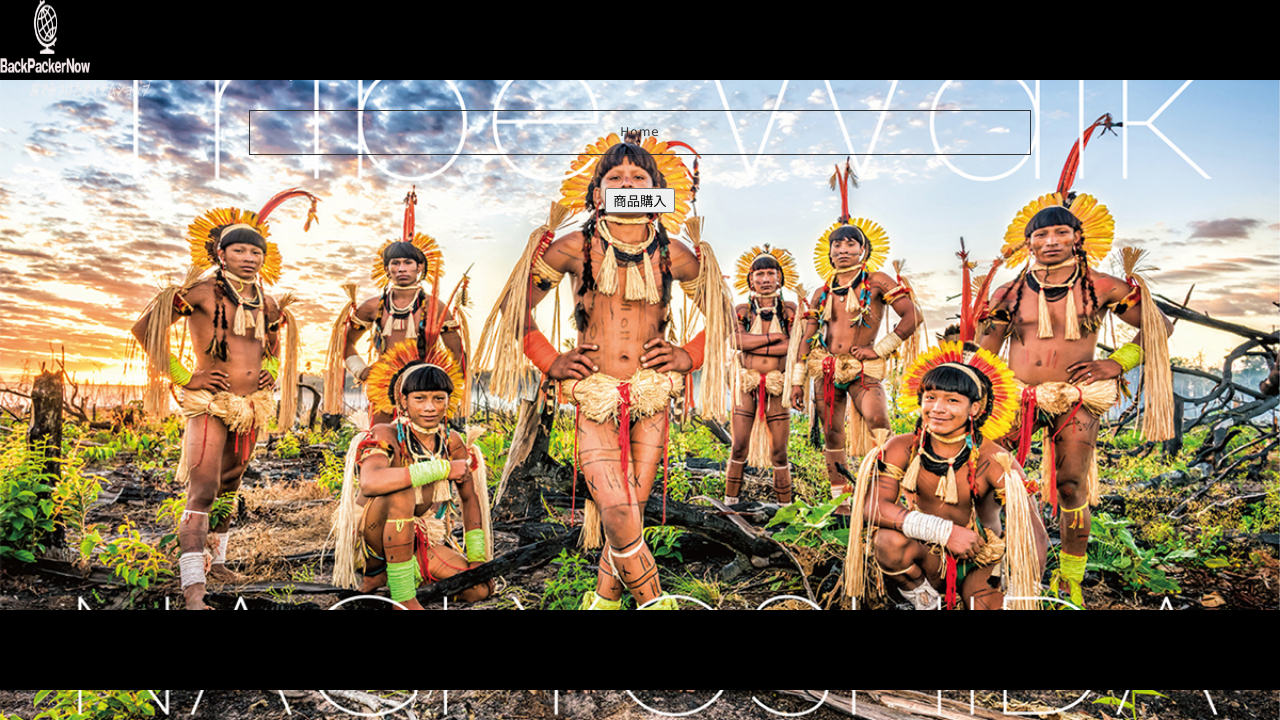
Repository: yanaiwataru/test
Page: http://localhost/ecsite/
These files come from the project's save history. The page is drawn as it stood at one moment and after the next save; the edit follows.
The browser window is 1280 px wide. The pictures show the whole page.
The page is served by Tomcat 9. Other server files are loaded and not shown.

Above is the page before, as saved 2018-03-12 06:07:42.

### ecsite/WebContent/home.jsp
<%@ page language="java" contentType="text/html; charset=UTF-8"

pageEncoding="UTF-8"%>

<%@ taglib prefix="s" uri="/struts-tags"%>
<!DOCTYPE html>
<html>
<head>

<meta http-equiv="Content-Type" content="text/html; charset=utf-8" />
<meta http-equiv="Content-Style-Type" content="text/css" />
<meta http-equiv="Content-Script-Type" content="text/javascript" />
<meta http-equiv="imagetoolbar" content="no" />
<meta name="description" content="" />
<meta name="keywords" content="" />
<link rel="stylesheet"type="text/css" href="css/ecsite.css">
<title>Home画面</title>
<style type="text/css">
.logo{
height: 100px;
width: 150px
}


</style>

</head>
<body>

<div id="header">

<div id="pr">

<img class="logo" src="./image/logo.png">
</div>

</div>
<div id="main">

<div id="top">
<p>Home</p>

</div>
<div id=”text-center”>

<s:form action="HomeAction">

<s:submit id="button" value="商品購入"/>

</s:form>
<s:if test="#session.id != null">

<p>ログアウトする場合は

<a href='<s:url action="LogoutAction" />'>こちら</a></p>

</s:if>

</div>

</div>
<div id="footer">

<div id="pr">
</div>

</div>

</body>
</html>

### ecsite/WebContent/css/ecsite.css
@CHARSET "UTF-8";



body {
margin:0;
padding:0;
line-height:1.6;
letter-spacing:1px;
font-family:Verdana, Helvetica, sans-serif;
font-size:12px;
color:#333;
background:#fff;
background-image: url("../image/0119_omote.jpg");

background-size:auto;


  /* 画像を常に天地左右の中央に配置 */
  background-position: center center;

  /* 画像をタイル状に繰り返し表示しない */
  background-repeat: no-repeat;

  /* コンテンツの高さが画像の高さより大きい時、動かないように固定 */
  background-attachment: fixed;

  /* 表示するコンテナの大きさに基づいて、背景画像を調整 */
  background-size: cover;

  /* 背景画像が読み込まれる前に表示される背景のカラー */
  background-color: #464646;


}

table {
text-align:center;
margin:0 auto;
}
/* ========ecsite LAYOUT======== */
#top {
width:780px;
margin:30px auto;
border:1px solid #333;
}

#header {
width: 100%;
height: 80px;
background-color: black;
}
#main {
width: 100%;
height: 500px;
text-align: center;
}
#footer {
width: 100%;
height: 80px;
background-color: black;
clear:both;
}
#text-center {
display: inline-block;
text-align: center;

}

After the next save:
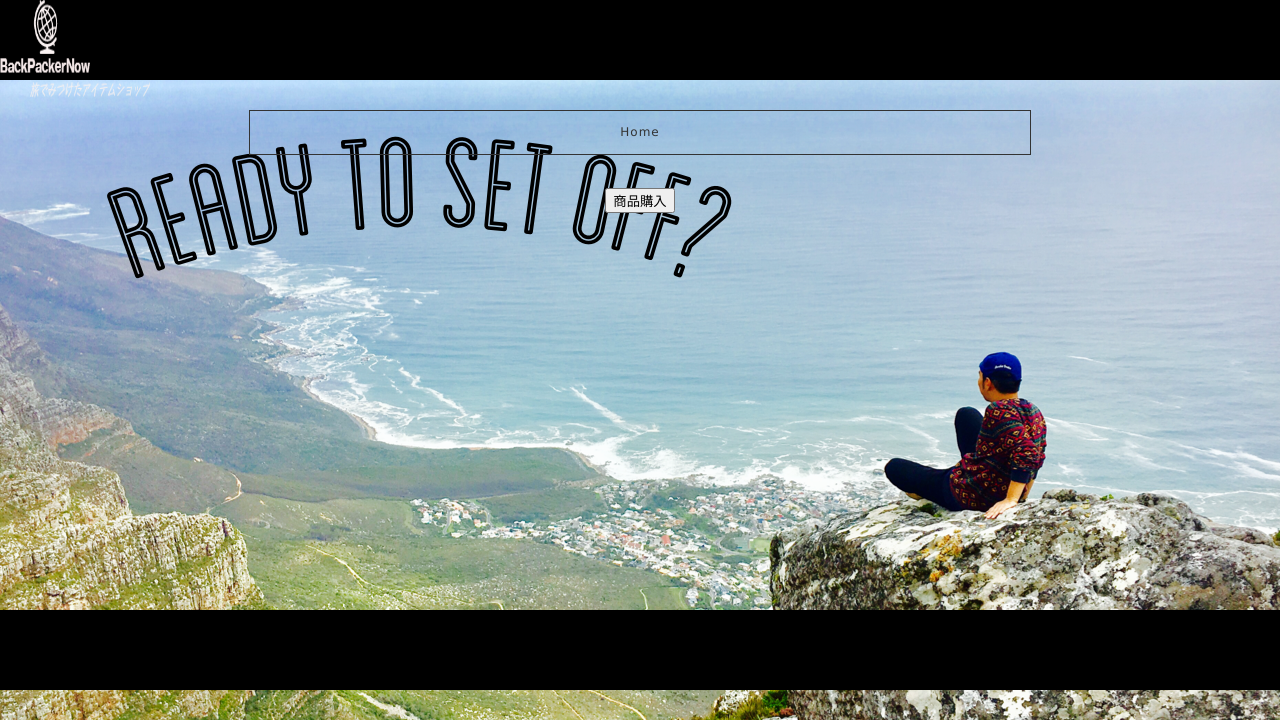
Saved 15 min 31 s later.
--- a/ecsite/WebContent/css/ecsite.css
+++ b/ecsite/WebContent/css/ecsite.css
@@ -11,7 +11,7 @@
 font-size:12px;
 color:#333;
 background:#fff;
-background-image: url("../image/0119_omote.jpg");
+background-image: url("../readytosetoff.png");
 
 background-size:auto;
 
